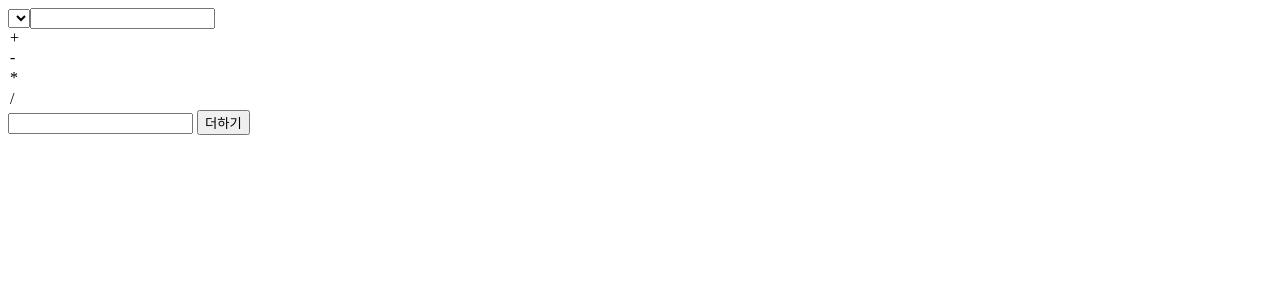
Repository: songhak1226/Web_Server
Page: Ex01DataSend/src/main/webapp/Ex04Ope.html
An editor plug-in stored every save of this project. The page is shown before and after a run of saves, followed by the edit.
The browser window is 1280 px wide. The pictures show the whole page.

Above is the page before, as saved 2023-05-10 08:07:44.

After the next 2 saves:
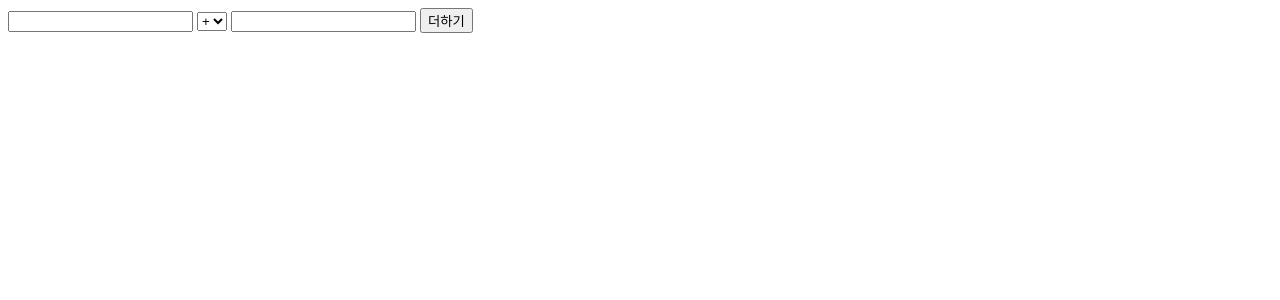
The 2 saves are shown as one change because they came seconds apart.
The last was saved 28 s later.
--- a/Ex01DataSend/src/main/webapp/Ex04Ope.html
+++ b/Ex01DataSend/src/main/webapp/Ex04Ope.html
@@ -6,15 +6,15 @@
 </head>
 <body>
 	<form action="Ex04">
-		<select name="ope">
-			<input type="number" name="num1">
+		<input type="number" name="num1"> <select name="ope">
+
 			<option>+</option>
 			<option>-</option>
 			<option>*</option>
 			<option>/</option>
-			<input type="number" name="num2">
-			<input type="submit" value="더하기">
-		</select>
+
+		</select> <input type="number" name="num2"> <input type="submit"
+			value="더하기">
 	</form>
 </body>
 </html>
